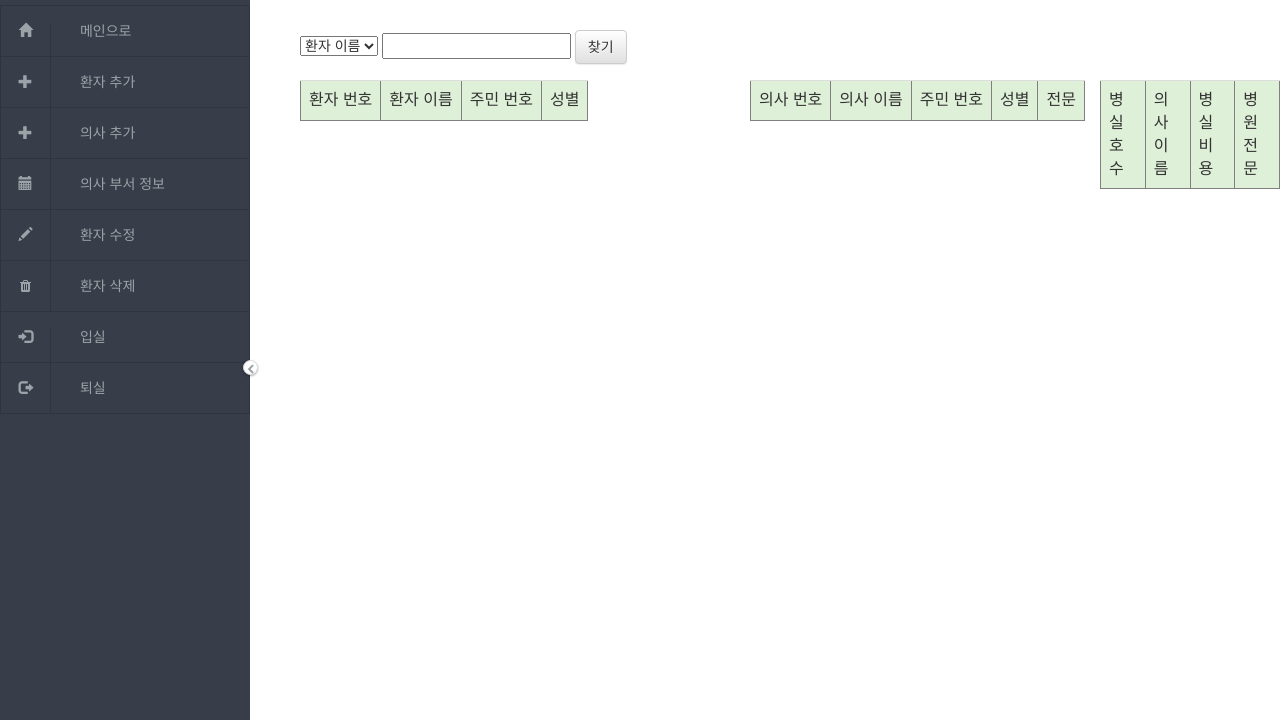
Repository: qaws1134/Hospital_manager
Page: http://localhost/project/main.jsp
The author's editor kept a copy of each file at every save. The page is drawn from the files as they stood at one save, then again after the next save.
The browser window is 1280 px wide. The pictures show the whole page.
Some web libraries are served in a nearby version. The page is served by Tomcat 9. The template is opened directly, without the code that normally fills it, so the values that code supplies are empty.

Above is the page before, as saved 2017-12-09 17:19:55.
Console error (its wording comes from the project's code and is left out).

After the next save:
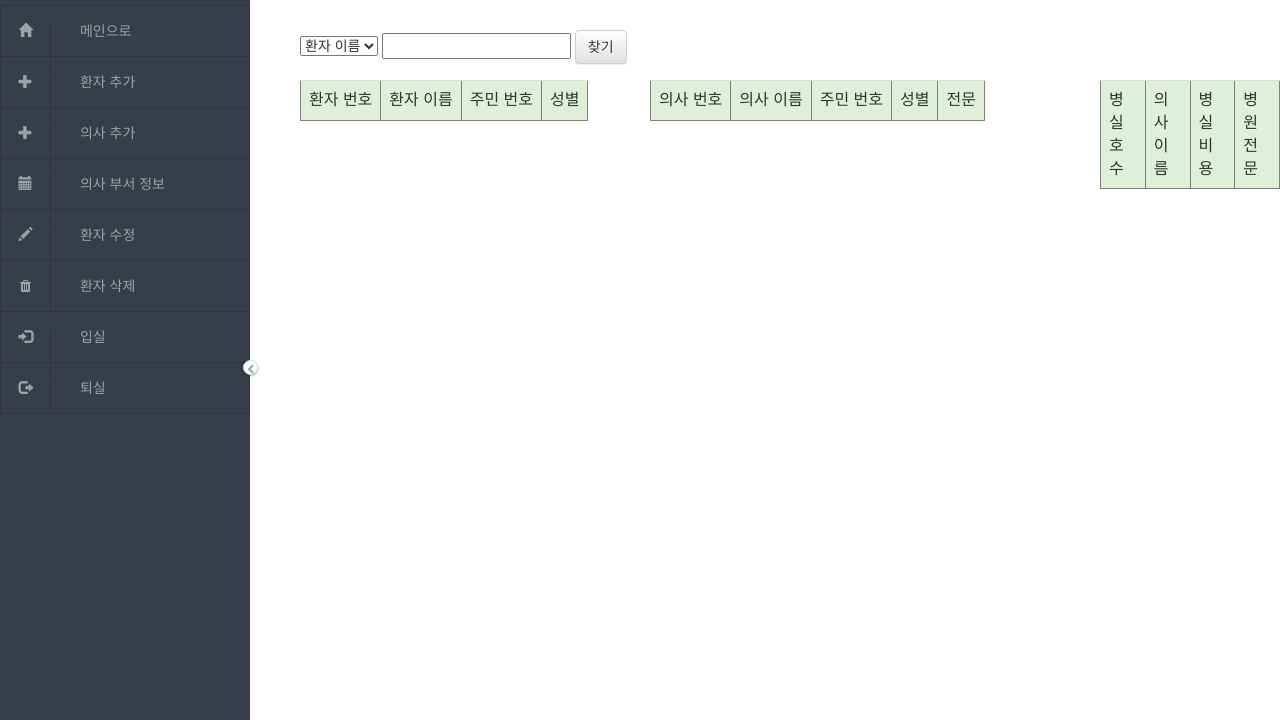
Saved 23 s later.
--- a/project/WebContent/main.jsp
+++ b/project/WebContent/main.jsp
@@ -239,7 +239,7 @@ nav ul li a span {
       </table>
 </section>
 <!-- 의사 정보 -->
-<section style="position:absolute; top:80px;left:750px">
+<section style="position:absolute; top:80px;left:650px">
      <table border="1" class="table table-striped">
       	<tr  class="success">
       		<td>의사 번호</td>
